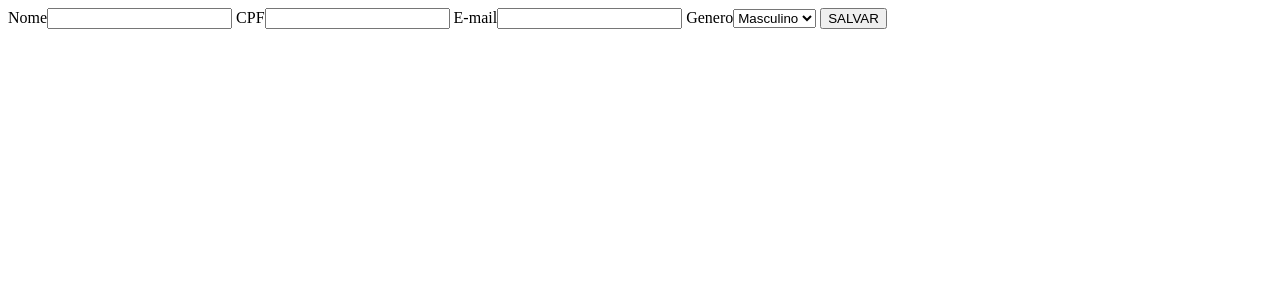
Repository: BrunoFBI/LED-2019
Page: http://localhost/les12015-web/CadastroCliente.jsp
An editor plug-in stored every save of this project. The page is shown before and after the next save, followed by the edit.
The browser window is 1280 px wide. The pictures show the whole page.
The page is served by Tomcat 9.

Above is the page before, as saved 2019-02-12 17:10:02.

After the next save:
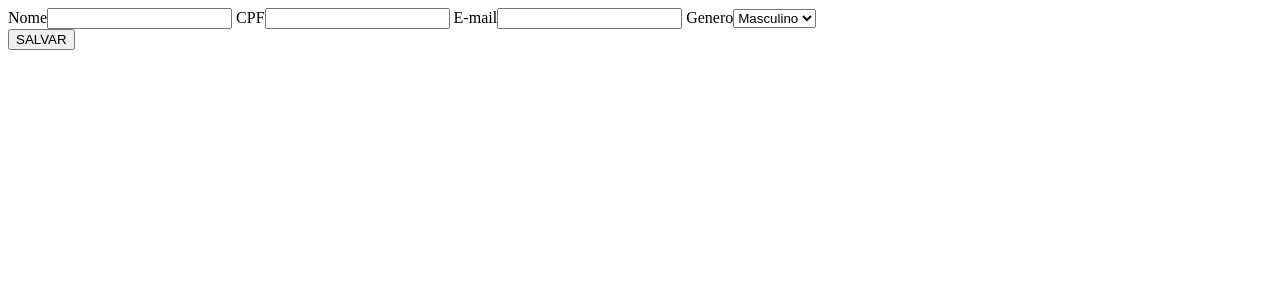
Saved 47 s later.
--- a/les12015-web/WebContent/CadastroCliente.jsp
+++ b/les12015-web/WebContent/CadastroCliente.jsp
@@ -10,15 +10,16 @@
 <body>
 
 	<form method="post" action="SalvarCliente">
-		Nome<input type="text" id="txtNome" name="txtNome"/>
-		CPF<input type="text" id="txtCpf" name="txtCpf"/>
-		E-mail<input type="text" id="email" name="email"/>
-		Genero<select id="gender" name="gender">
-		  <option value="volvo">Masculino</option>
-		  <option value="volvo">Feminino</option>
-		  <option value="volvo">Outros</option>
-		</select>
-
+		<div>
+			Nome<input type="text" id="txtNome" name="txtNome"/>
+			CPF<input type="text" id="txtCpf" name="txtCpf"/>
+			E-mail<input type="text" id="email" name="email"/>
+			Genero<select id="gender" name="gender">
+			  <option value="volvo">Masculino</option>
+			  <option value="volvo">Feminino</option>
+			  <option value="volvo">Outros</option>
+			</select>
+		</div>
 		<input type="submit" name="operacao" value="SALVAR" id="operacao">
 	</form>
 </body>

After the save that followed:
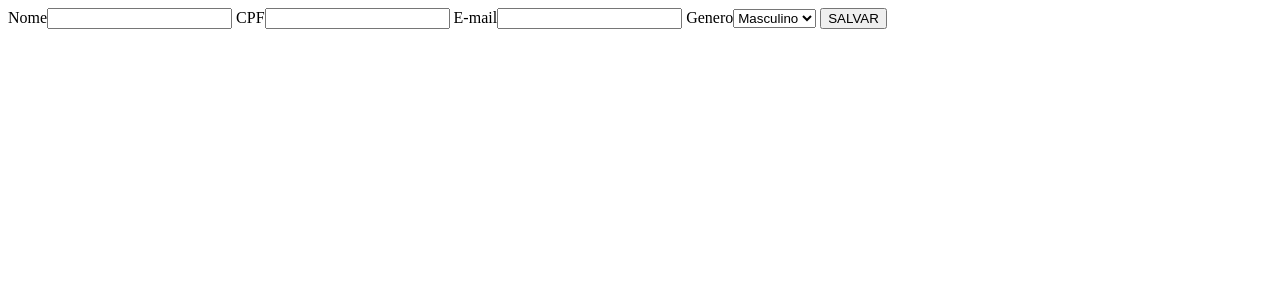
Saved 43 s later.
--- a/les12015-web/WebContent/CadastroCliente.jsp
+++ b/les12015-web/WebContent/CadastroCliente.jsp
@@ -10,7 +10,6 @@
 <body>
 
 	<form method="post" action="SalvarCliente">
-		<div>
 			Nome<input type="text" id="txtNome" name="txtNome"/>
 			CPF<input type="text" id="txtCpf" name="txtCpf"/>
 			E-mail<input type="text" id="email" name="email"/>
@@ -19,7 +18,6 @@
 			  <option value="volvo">Feminino</option>
 			  <option value="volvo">Outros</option>
 			</select>
-		</div>
 		<input type="submit" name="operacao" value="SALVAR" id="operacao">
 	</form>
 </body>
